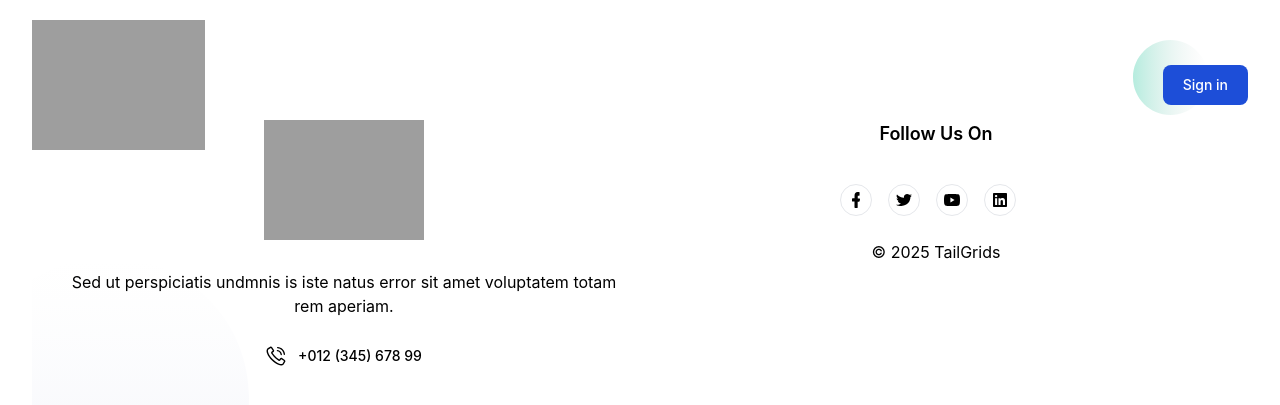
Repository: sayanroychaudhuri/React-One-Page-Ecommerce-Product-List
Page: /
An editor plug-in stored every save of this project. The page is shown before and after the next save, followed by the edit.
The browser window is 1280 px wide. The pictures show the whole page.
Pictures or frames that could not be fetched are drawn as grey boxes. The page's requests for data from a server got no answer. The project was rebuilt for these pictures with package versions that can differ from the ones it lists, and the page was loaded fresh each time. No one was signed in, and anything a server would have sent is missing.

Above is the page before, as saved 2024-02-02 10:29:35.

After the next save:
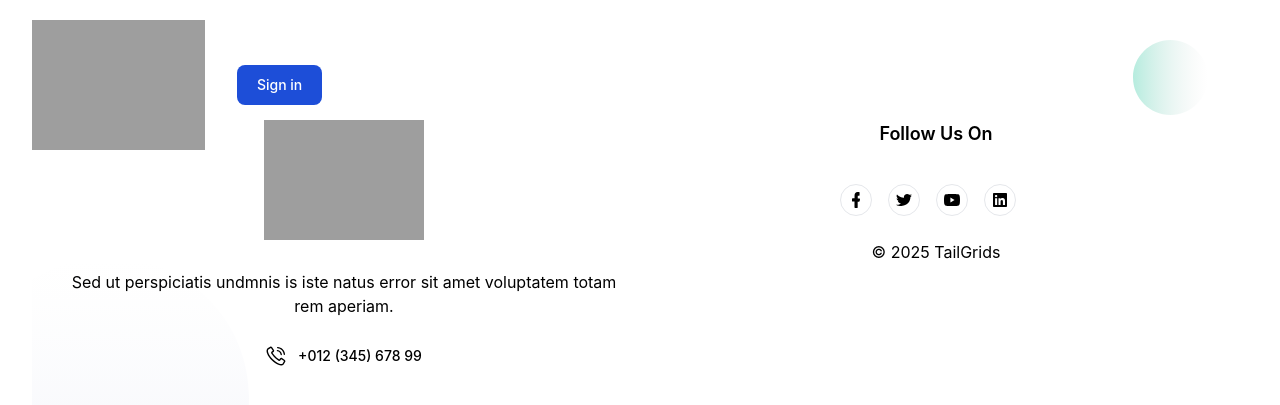
Saved 88 s later.
--- a/src/components/products/Header.js
+++ b/src/components/products/Header.js
@@ -11,7 +11,6 @@
 export default Header;
 
 const Navbar = () => {
-  const [open, setOpen] = useState(false);
   const [fields,setFields] = useState({email:'',password: ''})
   const [userDetails,setUserDetails]=useState({email:'',name: ''})
   const handleChange = (e)=>{
@@ -67,19 +66,6 @@
             </a>
           </div>
           <div className="flex w-full items-center justify-between px-4">
-            <div>
-              <button
-                onClick={() => setOpen(!open)}
-                id="navbarToggler"
-                className={` ${
-                  open && "navbarTogglerActive"
-                } absolute right-4 top-1/2 block -translate-y-1/2 rounded-lg px-3 py-[6px] ring-primary focus:ring-2 lg:hidden`}
-              >
-                <span className="relative my-[6px] block h-[2px] w-[30px] bg-body-color dark:bg-white"></span>
-                <span className="relative my-[6px] block h-[2px] w-[30px] bg-body-color dark:bg-white"></span>
-                <span className="relative my-[6px] block h-[2px] w-[30px] bg-body-color dark:bg-white"></span>
-              </button>
-            </div>
             <div className="hidden justify-end pr-16 sm:flex lg:pr-0">
               {!!userDetails.name && !!userDetails.email ?
               <React.Fragment>

After the save that followed:
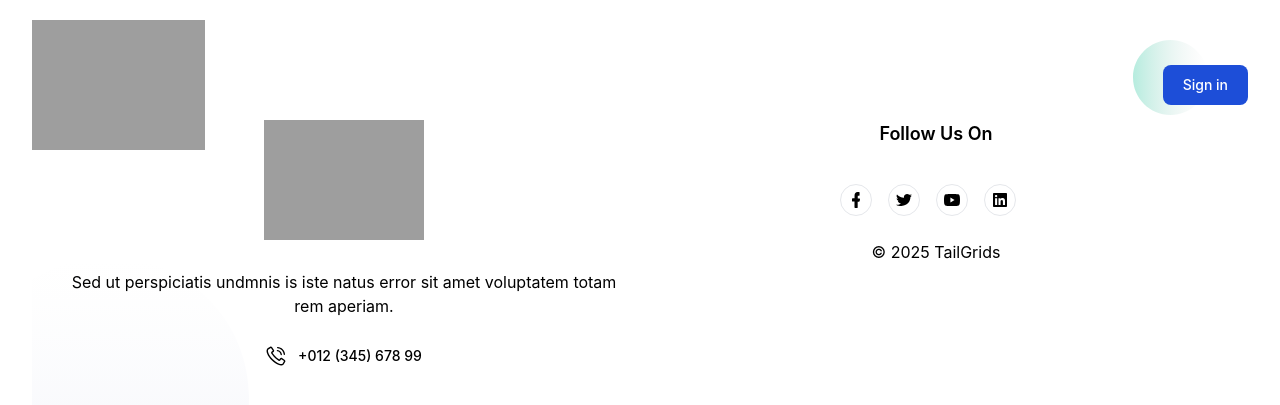
Saved 28 s later.
--- a/src/components/products/Header.js
+++ b/src/components/products/Header.js
@@ -11,6 +11,7 @@
 export default Header;
 
 const Navbar = () => {
+  const [open, setOpen] = useState(false);
   const [fields,setFields] = useState({email:'',password: ''})
   const [userDetails,setUserDetails]=useState({email:'',name: ''})
   const handleChange = (e)=>{
@@ -66,6 +67,19 @@
             </a>
           </div>
           <div className="flex w-full items-center justify-between px-4">
+            <div>
+              <button
+                onClick={() => setOpen(!open)}
+                id="navbarToggler"
+                className={` ${
+                  open && "navbarTogglerActive"
+                } absolute right-4 top-1/2 block -translate-y-1/2 rounded-lg px-3 py-[6px] ring-primary focus:ring-2 lg:hidden`}
+              >
+                <span className="relative my-[6px] block h-[2px] w-[30px] bg-body-color dark:bg-white"></span>
+                <span className="relative my-[6px] block h-[2px] w-[30px] bg-body-color dark:bg-white"></span>
+                <span className="relative my-[6px] block h-[2px] w-[30px] bg-body-color dark:bg-white"></span>
+              </button>
+            </div>
             <div className="hidden justify-end pr-16 sm:flex lg:pr-0">
               {!!userDetails.name && !!userDetails.email ?
               <React.Fragment>
